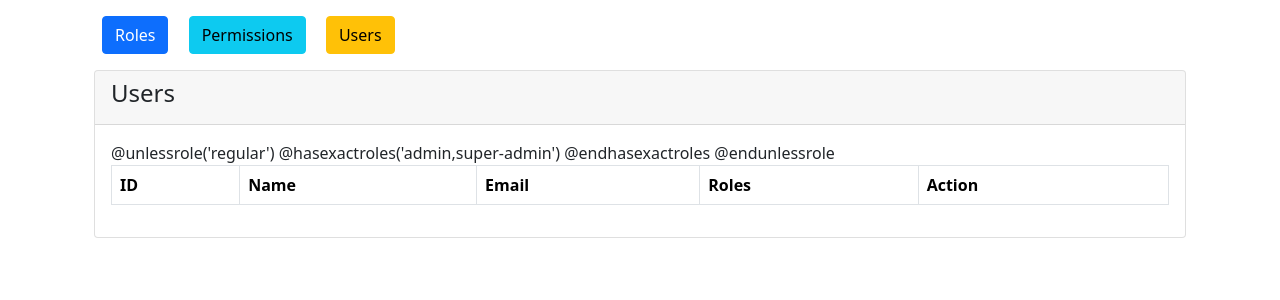
Repository: viisantos/permission_demo
Page: http://localhost/users
An editor plug-in stored every save of this project. The page is shown before and after a run of saves, followed by the edit.
The browser window is 1280 px wide. The pictures show the whole page.
The page is served by the project's Laravel application, run on PHP 8.4 with Laravel 10. Other server files are loaded and not shown. Queries for data that is not in the repository find no rows.

Above is the page before, as saved 2024-06-22 17:57:07.

### routes/web.php
<?php

use App\Http\Controllers\ProfileController;
use Illuminate\Support\Facades\Route;

/*
|--------------------------------------------------------------------------
| Web Routes
|--------------------------------------------------------------------------
|
| Here is where you can register web routes for your application. These
| routes are loaded by the RouteServiceProvider and all of them will
| be assigned to the "web" middleware group. Make something great!
|
*/

Route::get('/', function () {
    return view('welcome');
});

Route::get('/dashboard', function () {
    return view('dashboard');
})->middleware(['auth', 'verified'])->name('dashboard');

/*
Route::middleware('auth')->group(function () {

});*/

Route::group(['middleware' => ['role:super-admin|admin|regular']], function () {
    Route::get('/profile', [ProfileController::class, 'edit'])->name('profile.edit');
    Route::patch('/profile', [ProfileController::class, 'update'])->name('profile.update');
    Route::delete('/profile', [ProfileController::class, 'destroy'])->name('profile.destroy');
    Route::name('profile.destroy')->middleware('permission:delete role');
    Route::resource('permissions', App\Http\Controllers\PermissionController::class);
    //Route::get('permissions/{permissionId}/delete', [App\Http\Controllers\PermissionController::class, 'destroy']);
    Route::resource('roles', App\Http\Controllers\RoleController::class);
   // Route::get('roles/{roleId}/delete', [App\Http\Controllers\RoleController::class, 'destroy']);
    Route::get('roles/{role}/add-permissions', [App\Http\Controllers\RoleController::class, 'addPermissionToRole'])->name('roles.add-permissions');
    Route::put('roles/{role}/give-permissions', [App\Http\Controllers\RoleController::class, 'givePermissionToRole'])->name('roles.give-permissions');
    Route::resource('users', App\Http\Controllers\UserController::class);
    //Route::get('users/{userId}/delete', [App\Http\Controllers\UserController::class, 'destroy']);
});

require __DIR__.'/auth.php';

### app/Http/Controllers/UserController.php
<?php

namespace App\Http\Controllers;

use Illuminate\Http\Request;
use App\Models\User;
use Illuminate\Support\Facades\Hash;
use Spatie\Permission\Models\Role;

class UserController extends Controller
{
    public function __construct(){
        $this->middleware('permission:delete user', ['only' => ['destroy']]);
        $this->middleware('permission:update user', ['only' => ['update','edit']]);
        $this->middleware('permission:view user',   ['only' => ['index','show']]);
        $this->middleware('permission:create user', ['only' => ['create','store']]);
    }
    public function index(){
        $users = User::get();
        return view('role-permission.user.index', compact('users'));
    }

    public function create(){
        $roles = Role::pluck('name','name')->all();
        return view('role-permission.user.create', compact('roles'));
    }
    public function store(Request $request){
      /*
        $request->validate([
            'name' => 'required|string|max:255',
            'email' => 'required|email|max:255',
            'password' => 'required|string|min:8|max:20',
            'roles' => 'required'
        ]);*/


        $user = User::create([
            'name'  => $request->name,
            'email' => $request->email,
            'password' => Hash::make($request->password),
        ]);


        $user->syncRoles($request->roles);


        return redirect('/users')->with('status','User created successfully with roles');

    }

    public function edit(User $user){
        $roles = Role::pluck('name','name')->all();
        $userRoles = $user->roles->pluck('name','name')->all();
        return view('role-permission.user.edit', compact('user','roles','userRoles'));
    }

    public function update(Request $request, User $user){

        $data = [
            'name'  => $request->name,
            'email' => $request->email
        ];

        if(!empty($request->password)){
            $data += [
                'password' => Hash::make($request->password),
            ];
        }

        $user->update($data);
        $user->syncRoles($request->roles);

        return redirect('/users')->with('status','User updated successfully');
    }

    public function destroy(User $user){
        //$user = User::findOrFail($userId);
        $user->delete();
        return redirect('/users')->with('status','User deleted successfully');
    }
}

### resources/views/role-permission/user/index.blade.php
<head>
    <link href="https://cdn.jsdelivr.net/npm/bootstrap@5.3.2/dist/css/bootstrap.min.css" rel="stylesheet" integrity="sha384-T3c6CoIi6uLrA9TneNEoa7RxnatzjcDSCmG1MXxSR1GAsXEV/Dwwykc2MPK8M2HN" crossorigin="anonymous">
    <link rel="stylesheet" href="https://cdn.jsdelivr.net/npm/bootstrap@5.1.3/dist/css/bootstrap.min.css" />
</head>
@include('role-permission.nav-links')
<div class="container">
    <div class="row">
        <div class="col-md-12">
            @if(session('status'))
                <div class="alert alert-success">
                    {{ session('status') }}
                </div>
            @endif
            <div class="card mt-3">
                <div class="card-header">
                    <h4>Users</h4>
                    @can('create user')
                        <a href="{{ route('users.create') }}" class="btn btn-primary float-end">Add User</a>
                    @endcan
                </div>
                <div class="card-body">
                    <table class="table table-bordered table-striped">
                        <thead>
                            <tr>
                                <th>ID</th>
                                <th>Name</th>
                                <th>Email</th>
                                <th>Roles</th>

                                @unlessrole('regular')
                                    @hasexactroles('admin,super-admin')
                                        <th>Action</th>
                                    @endhasexactroles
                                @endunlessrole

                            </tr>
                        </thead>
                        <tbody>
                            @foreach($users as $user)
                                <tr>
                                    <td>{{ $user->id }}</td>
                                    <td>{{ $user->name }}</td>
                                    <td>{{ $user->email }}</td>
                                    <td>
                                        @if(!empty($user->getRoleNames()))
                                            @foreach($user->getRoleNames() as $rolename)
                                                <label class="badge bg-primary mx-1">{{ $rolename }}</label>
                                            @endforeach
                                        @endif
                                    </td>
                                    @unlessrole('regular')
                                        @hasrole('admin')
                                            <td>
                                                @can('update user')
                                                    <a href="{{ route('users.edit', ['user' => $user->id]) }}" class="btn btn-success">Edit</a>
                                                @endcan
                                                @can('delete user')
                                                    <form action="{{ route('users.destroy', $user->id) }}" method="POST" style="display: inline;">
                                                        @csrf
                                                        @method('DELETE')
                                                        <button type="submit" class="btn btn-danger">Delete</button>
                                                    </form>
                                                @endcan
                                            </td>
                                        @endhasrole
                                    @endunlessrole
                                </tr>
                            @endforeach
                        </tbody>
                    </table>
                </div>
            </div>
        </div>
    </div>
</div>

### resources/views/role-permission/nav-links.blade.php
<div class="container mt-3">
    <a href="{{ route('roles.index') }}" class="btn btn-primary mx-2">Roles</a>
    <a href="{{ route('permissions.index') }}" class="btn btn-info mx-2">Permissions</a>
    <a href="{{ route('users.index') }}" class="btn btn-warning mx-2">Users</a>
</div>

Loaded but not shown: routes/auth.php (common file); app/Http/Controllers/Auth/EmailVerificationPromptController.php (common file); app/Http/Controllers/Controller.php (common file); app/Http/Controllers/Auth/VerifyEmailController.php (common file); app/Models/User.php (common file)

After the next 2 saves:
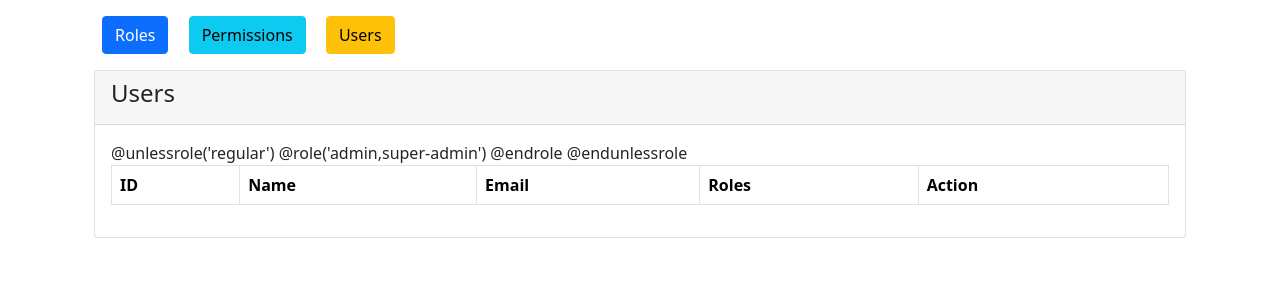
The 2 saves are shown as one change because they came seconds apart.
The last was saved 59 s later.
--- a/resources/views/role-permission/user/index.blade.php
+++ b/resources/views/role-permission/user/index.blade.php
@@ -28,9 +28,9 @@
                                 <th>Roles</th>
 
                                 @unlessrole('regular')
-                                    @hasexactroles('admin,super-admin')
+                                    @role('admin,super-admin')
                                         <th>Action</th>
-                                    @endhasexactroles
+                                    @endrole
                                 @endunlessrole
 
                             </tr>
